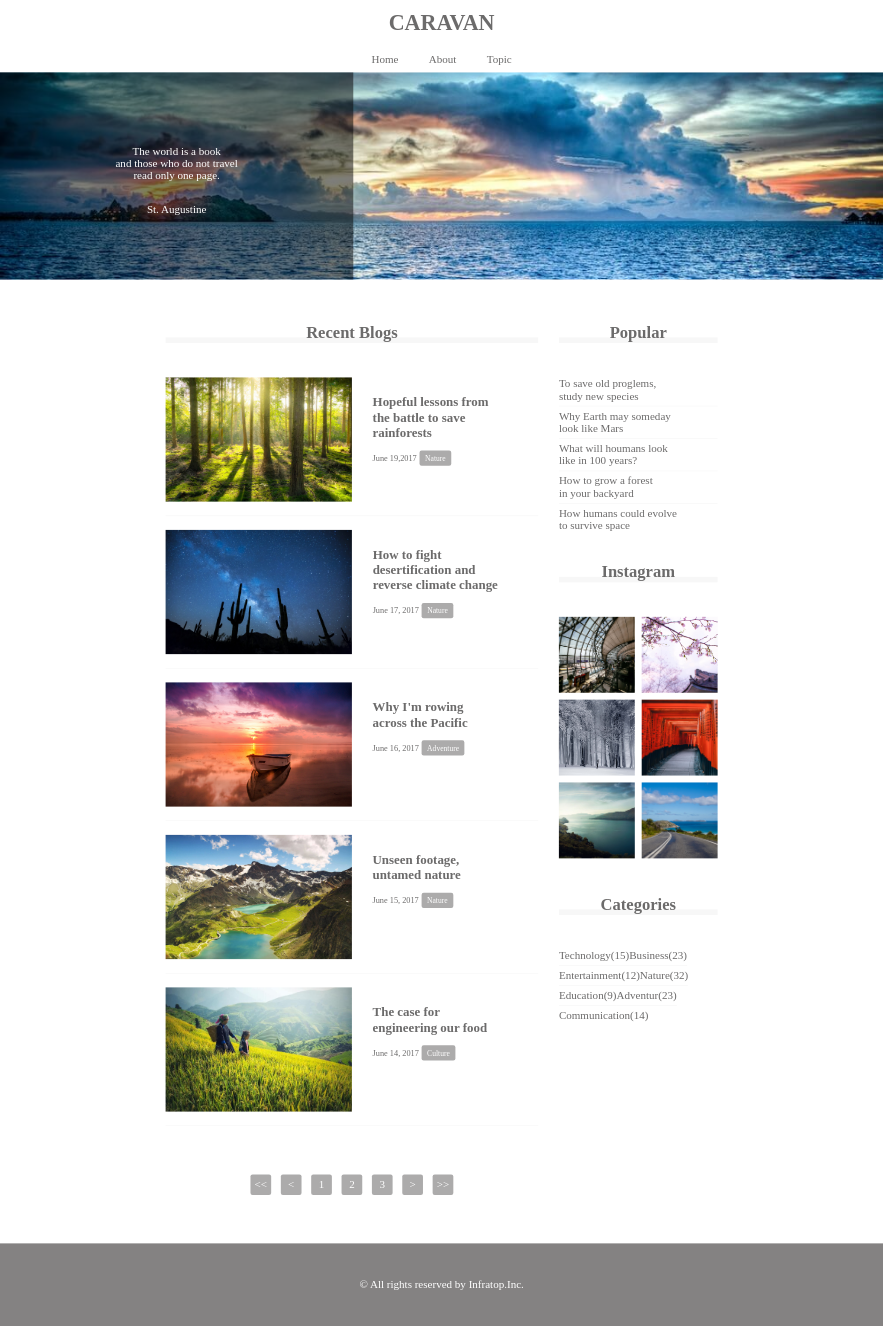
Repository: Souax/prac_20231021
Page: caravan/index.html
The author's editor kept a record of every edit. The page is drawn from the files as they stood at one moment, then again after the next edit.
The browser window is 1280 px wide. The pictures show the whole page, at 69% of full size.
Some web libraries are served in a nearby version.

Above is the page before.

### caravan/index.html
<!DOCTYPE html>
<html lang="ja">
  <head>
    <meta charset="UTF-8">
    <script src="https://kit.fontawesome.com/9b61b3d6da.js" crossorigin="anonymous"></script>
    <link rel="stylesheet" href="style.css">
    <title>CARAVAN</title>
  </head>

  <body>
    <header>
      <h1 class="heading">
        <a href="index.html">
        CARAVAN
        </a>
      </h1>
      <div class="social"></div>
    </header>

    <nav>
      <ul class="nav-list">
        <li class="nav-list-item">
          <a href="index.html">Home</a>
        </li>
        <li class="nav-list-item">About</li>
        <li class="nav-list-item">Topic</li>
      </ul>
    </nav>

    <div class="main-visual">
      <div class="main-visual-content">
        <p class="main-visual-text">
          The world is a book <br />
          and those who do not travel<br />
          read only one page.
        </p>
        <p class="main-visual-name">
          St. Augustine
        </p>
      </div>
    </div>

<main>
  <section class="blog">
    <h2 class="blog-heading">Recent Blogs</h2>

    <div class="blog-box">
    <div class="blog-item">
      <img class="blog-image" src="img/forest.jpg">
      <section class="blog-text">
        <h3 class="blog-text-heading">
          <a href="single.html">
            Hopeful lessons from<br>
            the battle to save<br>
            rainforests
          </a>
        </h3>
        <p class="blog-date">June 19,2017</p>
        <span class="category">Nature</span>
      </section>
      </div>
      <div class="blog-item">
            <img class="blog-image" src="img/desert.jpg" />
            <section class="blog-text">
              <h3 class="blog-text-heading">
                <a href="single.html">
                  How to fight<br>
                  desertification and<br>
                  reverse climate change
                </a>
              </h3>
              <p class="blog-date">June 17, 2017</p>
              <span class="category">Nature</span>
            </section>
          </div>
          <div class="blog-item">
            <img class="blog-image" src="img/sunset.jpg" />
            <section class="blog-text">
              <h3 class="blog-text-heading">
                <a href="single.html">
                  Why I'm rowing<br>
                  across the Pacific
                </a>
              </h3>
              <p class="blog-date">June 16, 2017</p>
              <span class="category">Adventure</span>
            </section>
          </div>
          <div class="blog-item">
            <img class="blog-image" src="img/italy.jpg" />
            <section class="blog-text">
              <h3 class="blog-text-heading">
                <a href="single.html">
                  Unseen footage,<br>
                  untamed nature
                </a>
              </h3>
              <p class="blog-date">June 15, 2017</p>
              <span class="category">Nature</span>
            </section>
          </div>
          <div class="blog-item">
            <img class="blog-image" src="img/asia.jpg" />
            <section class="blog-text">
              <h3 class="blog-text-heading">
                <a href="single.html">
                  The case for<br>
                  engineering our food
                </a>
              </h3>
              <p class="blog-date">June 14, 2017</p>
              <span class="category">Culture</span>
            </section>
            </div>
            </div>
            <div class="pagination">
              <p><<</p>
              <p><</p>
              <p>1</p>
              <p>2</p>
              <p>3</p>
              <p>></p>
              <p>>></p>
            </div>
            </section>
            <div class="sidebar">
              <section class="popular">
                <h2 class="popular-heading common-heading">Popular</h2>
                <div class="sidebar-contents">
                  <p class="popular-text">To save old proglems,<br>study new species</p>
                  <p class="popular-text">Why Earth may someday<br>look like Mars</p>
                  <p class="popular-text">What will houmans look<br>like in 100 years?</p>
                  <p class="popular-text">How to grow a forest<br>in your backyard</p>
                  <p class="popular-text">How humans could evolve<br>to survive space</p>
                </div>
              </section>
              <section class="instagram">
          <h2 class="instagram-heading common-heading">Instagram</h2>
          <div class="sidebar-contents">
            <div class="instagram-box"></div>
            <div class="instagram-box"></div>
            <div class="instagram-box"></div>
            <div class="instagram-box"></div>
            <div class="instagram-box"></div>
            <div class="instagram-box"></div>
          </div>
              <section class="categories">
                <h2 class="categories-heading common-heading">Categories</h2>
                <div class="sidebar-contents">
                  <p class="categories-text">Technology(15)</p>
                  <p class="categories-text">Business(23)</p>
                  <p class="categories-text">Entertainment(12)</p>
                  <p class="categories-text">Nature(32)</p>
                  <p class="categories-text">Education(9)</p>
                  <p class="categories-text">Adventur(23)</p>
                  <p class="categories-text">Communication(14)</p>
                </div>
              </section>
            </div>
            </main>

<footer>
  <p class="footer-text">© All rights reserved by Infratop.Inc.</p>
  </footer>
  </body>
  </html>

### caravan/style.css
*{
  margin:0;
  padding:0;
  box-sizing:border-box;
  color:#6c6b6b;
}

a{
  text-decoration:none;
}

header{
  width:90%;
  padding:15px 0;
  margin:0 auto;
  text-align:center;
}

header .heading{
  font-size:32px;
}

.nav-list{
  text-align:center;
  padding:10px 0;
  margin:0 auto;
}

.nav-list-item{
  list-style: none;
  display:inline-block;
  margin:0 20px;
}

.main-visual{
  width:100%;
  height:300px;
  background-image:url(img/mv.jpg);
  background-size:cover;
  background-position:center;
}

.main-visual-content{
  width:40%;
  height:300px;
  background-color:rgba(0,0,0,0.5);
  text-align:center;
  padding-top:105px;
}

.main-visual-text{
  color:#fff;
}

.main-visual-name{
  margin-top:30px;
  color:#fff;
}

main{
  width:800px;
  display:flex;
  justify-content:center;
  margin:0 auto;
  padding:70px 0;
}

.blog{
  width:540px;
  margin-right:30px;
}

.blog-heading{
  border-bottom:8px solid #f7f7f7;
  text-align:center;
  line-height:0.6;
}

.blog-box{
  padding-top:50px;
}

.blog-item{
  padding-bottom:20px;
  margin-bottom:20px;
  border-bottom:1px solid #f7f7f7;
  display:flex;
  justify-content:flex-start;
}

.blog-image{
  height:180px;
}

.blog-text{
  padding:25px 0 0 30px;
}

.blog-text-heading{
  padding-bottom:15px;
}

.blog-date{
  font-size:12px;
  display:inline-block;
}

.category {
  display: inline-block;
  padding: 5px 8px;
  background-color: #acabab;
  border-radius: 3px;
  color: #fff;
  font-size: 11px;
}


.pagination{
  text-align:center;
  padding-top:50px;
}

.pagination p{
  display:inline-block;
  width:30px;
  height:30px;
  margin:0 5px;
  color:#fff;
  background-color:#acabab;
  border-radius:3px;
  line-height: 30px
}
.sidebar{
  width:230px;
}

.common-heading{
  border-bottom:8px solid #f7f7f7;
  text-align:center;
  line-height:0.6;
}

.sidebar-contents{
  padding:50px 0;
}

.popular-text,
.categories-text {
  padding-bottom: 5px;
  border-bottom: 1px solid #f7f7f7;
  margin-bottom: 5px;
}
.popular-text:last-child,
.categories-text:last-child {
  margin: 0;
  padding: 0;
  border: none;
}

.instagram .sidebar-contents {
  display: flex;
  flex-wrap: wrap;
}


.instagram-box {
  width: 110px;
  padding-top: 110px;
  background-size: cover;
  background-position: center;
  margin-bottom: 10px;
}

.instagram-box:nth-child(odd) {
  margin: 0 10px 10px 0;
}

.instagram-box:nth-child(1) {
  background-image: url(img/airport.jpg);
}

.instagram-box:nth-child(2) {
  background-image: url(img/japan.jpg);
}

.instagram-box:nth-child(3) {
  background-image: url(img/snow.jpg);
}

.instagram-box:nth-child(4) {
  background-image: url(img/japan2.jpg);
}

.instagram-box:nth-child(5) {
  background-image: url(img/lake.jpg);
}

.instagram-box:nth-child(6) {
  background-image: url(img/road.jpg);
}
footer{
  width:100%;
  height:120px;
  text-align:center;
  line-height:120px;
  background-color:#848282;
}

.footer-text{
  color:#fff;
}

After the next edit:
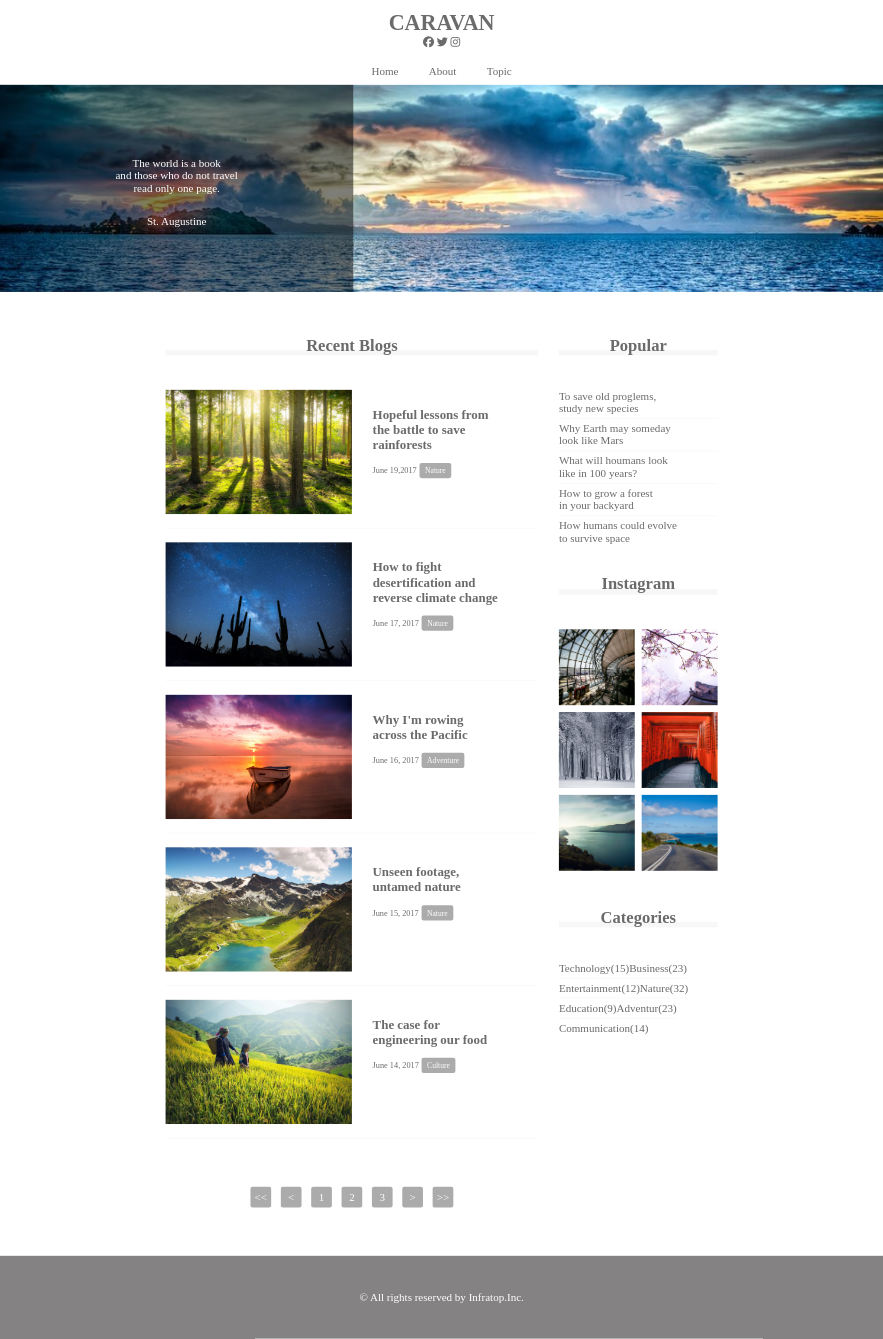
The edit:
--- a/caravan/index.html
+++ b/caravan/index.html
@@ -14,7 +14,11 @@
         CARAVAN
         </a>
       </h1>
-      <div class="social"></div>
+      <div class="social">
+        <i class="fa-brands fa-facebook"></i>
+        <i class="fa-brands fa-twitter"></i>
+        <i class="fa-brands fa-instagram"></i>
+      </div>
     </header>
 
     <nav>
